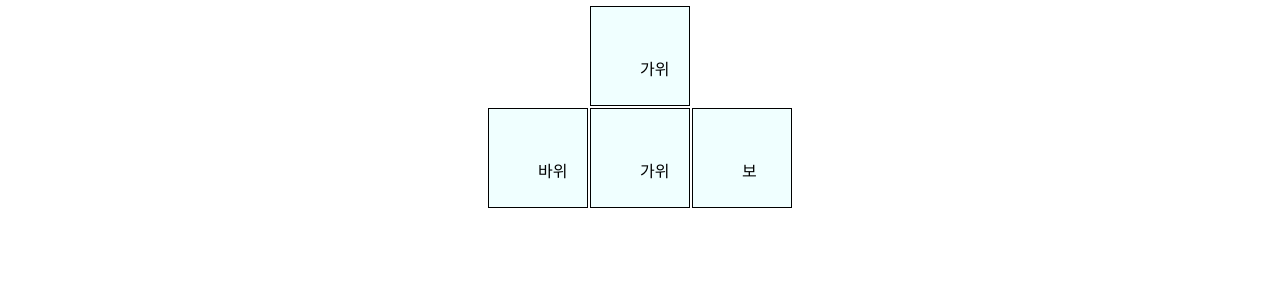
Repository: venandi48/RockScissorPaper-Game
Page: index.html
An editor plug-in stored every save of this project. The page is shown before and after the next save, followed by the edit.
The browser window is 1280 px wide. The pictures show the whole page.
The style sheet was rebuilt from its Sass, Less or Tailwind sources for each picture, by a compiler version that may differ from the author's.

Above is the page before, as saved 2023-11-13 17:00:43.

### index.html
<!DOCTYPE html>
<html lang="en">
  <head>
    <meta charset="UTF-8" />
    <meta name="viewport" content="width=device-width, initial-scale=1.0" />
    <title>가위바위보</title>
    <link rel="stylesheet" href="style.css" />
  </head>
  <body>
    <div class="sidenav">
      <a href="javascript:void(0)" class="closebtn" onclick="closeNav()">
        &times;
      </a>
    </div>

    <div class="playbox">
      <div class="machine">
        <div class="choice">
          <input type="hidden" name="machine-choice" />
        </div>
      </div>
      <div class="user">
        <div class="choice rock"></div>
        <div class="choice scissor"></div>
        <div class="choice paper"></div>
      </div>
      <div class="control">
        <input type="button" value="Replay" />
      </div>
    </div>

    <script src="./ui.js"></script>
    <script src="./main.js"></script>
  </body>
</html>

### ui.js
// https://www.w3schools.com/howto/howto_js_sidenav.asp

/* Set the width of the side navigation to 250px */
function openNav() {
  document.getElementById("mySidenav").style.width = "250px";
}

/* Set the width of the side navigation to 0 */
function closeNav() {
  let closeBtn = document.querySelector(".sidenav");

  if (closeBtn.classList.contains("opened"))
    closeBtn.classList.remove("opened");
}

### main.js
choices = {
  scissor: 0,
  rock: 1,
  paper: 2,
};

let machineChoiceSpeed = 250; // default machine's speed of chainge choice (ms단위).

playboxes = document.querySelectorAll(".playbox");
userChocies = document.querySelectorAll(".user .choice");
controlBtns = document.querySelectorAll(".playbox .control");

playboxes.forEach((playbox) => {
  playbox
    .querySelector(".machine .choice")
    .querySelector("input[type=hidden]").value = Random(0, 2);
});

controlBtns.forEach((controlBtn) => {
  replayBtn = controlBtn.querySelector("input[type=button][value=Replay]");
  replayBtn?.addEventListener("click", (e) => {
    replay(controlBtn.parentElement);
  });
});

window.addEventListener("load", function () {
  this.setInterval(() => {
    playboxes.forEach((playbox) => {
      let machineChoice = playbox.querySelector(".machine .choice");

      if (machineChoice.classList.contains("selected") === true) return;

      if (machineChoice.classList.contains("rock")) {
        machineChoice.classList.remove("rock");
      }
      if (machineChoice.classList.contains("scissor")) {
        machineChoice.classList.remove("scissor");
      }
      if (machineChoice.classList.contains("paper")) {
        machineChoice.classList.remove("paper");
      }
      machineChoice.querySelector("input[type=hidden]").value =
        (machineChoice.querySelector("input[type=hidden]").value + 1) % 3;
      machineChoice.classList.add(
        convertChoicesFromNumToStr(
          +machineChoice.querySelector("input[type=hidden]").value
        )
      );
    });
  }, machineChoiceSpeed);
});

userChocies.forEach((element) => {
  element.addEventListener("click", function (e) {
    const selectedElement = e.target;
    let choosed = null;

    if (selectedElement.parentElement.classList.contains("selected")) return;

    selectedElement.parentElement.classList.add("selected");

    // 제일 첫번째로 나온 값을 사용자의 선택으로 간주
    selectedElement.classList.forEach((className) => {
      if (className === "rock") {
        choosed = "rock";
        return;
      } else if (className === "scissor") {
        choosed = "scissor";
        return;
      } else if (className === "paper") {
        choosed = "paper";
        return;
      }
    });

    if (choosed) {
      let sameAreaMachine =
        element.parentElement.parentElement?.querySelector(".machine .choice");

      if (sameAreaMachine) {
        gameResultCssEventer(
          selectedElement,
          sameAreaMachine,
          refree(
            +sameAreaMachine.querySelector("input[type=hidden]").value,
            choices[choosed]
          )
        );
      }
    }
  });
});

/// _________________________________________________________________
//                          Play Tools
/// _________________________________________________________________

function Random(min, max) {
  return Math.floor(Math.random() * (max - min) + min);
}

function convertChoicesFromNumToStr(choice) {
  switch (choice) {
    case choices.rock:
      return "rock";
    case choices.scissor:
      return "scissor";
    case choices.paper:
      return "paper";

    default:
      return "";
  }
}

function addHistory(playbox) {
  let node = playbox.cloneNode(true);
  let controlBtns = node.querySelector(".control");

  node.classList.add("done");
  node.removeChild(controlBtns);
  node.innerHTML += `<div class="log"><div class="played-time">${new Date().toLocaleString()}</div></div>`;

  document.querySelector(".sidenav").append(node);
}

function replay(playbox) {
  let machine = playbox.querySelector(".machine .choice");

  addHistory(playbox);

  if (machine.classList.contains("selected"))
    machine.classList.remove("selected");
  resetResultChoiceBoxOfCss(machine);

  let userChoices = playbox.querySelector(".user");

  if (userChoices.classList.contains("selected"))
    userChoices.classList.remove("selected");

  userChoices.querySelectorAll(".choice").forEach((choiceElement) => {
    resetResultChoiceBoxOfCss(choiceElement);
  });
}

/*
 * @machine: 컴퓨터가 선택한 숫자값
 * @user: 사용자가 선택한 숫자값
 * @return: 0=>비김, 1=> 이김, 2=>짐
 */
function refree(machine, user) {
  return Math.abs(machine - user);
}

function resetResultChoiceBoxOfCss(element) {
  if (element.classList.contains("game-result-win"))
    element.classList.remove("game-result-win");
  if (element.classList.contains("game-result-draw"))
    element.classList.remove("game-result-draw");
  if (element.classList.contains("game-result-lose"))
    element.classList.remove("game-result-lose");

  return element;
}

function gameResultCssEventer(userElement, machineElement, result) {
  userElement.parentElement.querySelectorAll(".choice").forEach((node) => {
    resetResultChoiceBoxOfCss(node);
  });
  resetResultChoiceBoxOfCss(userElement);
  resetResultChoiceBoxOfCss(machineElement);
  machineElement.classList.add("selected");

  switch (result) {
    case 0:
      userElement.classList.add("game-result-draw");
      machineElement.classList.add("game-result-draw");
      break;
    case 1:
      userElement.classList.add("game-result-win");
      machineElement.classList.add("game-result-lose");
      break;
    case 2:
      userElement.classList.add("game-result-lose");
      machineElement.classList.add("game-result-win");
      break;
  }
}

### style.scss
* {
  position: relative;
  padding: 0;
  margin: 0;
  display: flexbox;
}

*,
::before,
::after {
  box-sizing: border-box;
}

/* The side navigation menu */
.sidenav {
  height: 100%; /* 100% Full-height */
  width: 0; /* 0 width - change this with JavaScript */
  position: fixed; /* Stay in place */
  z-index: 1; /* Stay on top */
  top: 0; /* Stay at the top */
  left: 0;
  background-color: #111; /* Black*/
  overflow-x: hidden; /* Disable horizontal scroll */
  padding-top: 60px; /* Place content 60px from the top */
  transition: 0.5s; /* 0.5 second transition effect to slide in the sidenav */

  display: flex;
  justify-content: center;

  &.opened {
    width: 100%;
  }

  .closebtn {
    position: absolute;
    top: 0;
    right: 25px;
    font-size: 36px;
    margin-left: 50px;
  }
}

.playbox {
  display: flex;
  flex-direction: column;
  justify-content: center;
  align-items: center;
  margin: 5px;

  &.done {
    width: 80%;
    height: 400px;
    background-color: aqua;
  }
}

.log {
  margin: 5px;
  .played-time::before {
    content: "플레이한 시간 : ";
    font-weight: 800;
  }
}

.choice {
  width: 100px;
  height: 100px;
  border: 1px solid #000;
  margin: 1px;
  background-color: azure;

  &::before {
    position: absolute;
    top: 50%;
    left: 50%;
    content: "물음표";
    animation: gelatine 0.5s infinite;
  }

  &.rock::before {
    content: "바위";
    animation-delay: 0.5s;
  }

  &.scissor::before {
    content: "가위";
    animation-delay: 1s;
  }

  &.paper::before {
    content: "보";
    // animation: bounce2 2s ease infinite;
  }
}

.game-result {
  &-win {
    background-color: green;
  }
  &-draw {
    background-color: blue;
  }
  &-lose {
    background-color: red;
  }
}

.user {
  display: flex;

  &.selected .choice {
    cursor: default;

    animation: noAnimate 0.5s infinite;
    transition: none !important;
  }

  & .choice {
    cursor: pointer;

    &:hover {
      background-color: aqua;
    }
  }
}

.control {
  display: flex;

  & input[type="button"] {
    width: 100px;
    height: 25px;
    margin: 5px;

    &[value="Replay"] {
      display: none;
    }
  }
}
.user.selected ~ .control input[type="button"][value="Replay"] {
  display: initial;
}

/*
* ============================= animate resources =============================
*/
@keyframes gelatine {
  from,
  to {
    transform: scale(1, 1);
  }
  25% {
    transform: scale(0.9, 1.1);
  }
  50% {
    transform: scale(1.1, 0.9);
  }
  75% {
    transform: scale(0.95, 1.05);
  }
}

After the next save:
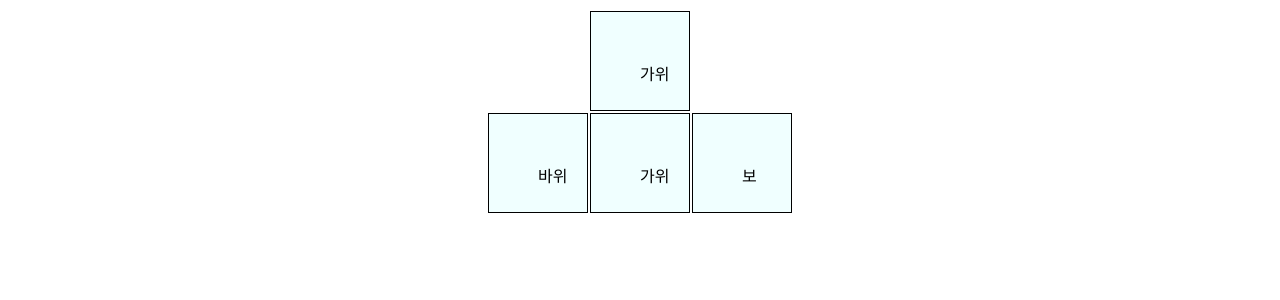
Saved 5 s later.
--- a/style.scss
+++ b/style.scss
@@ -45,7 +45,7 @@
   flex-direction: column;
   justify-content: center;
   align-items: center;
-  margin: 5px;
+  margin: 10px;
 
   &.done {
     width: 80%;
